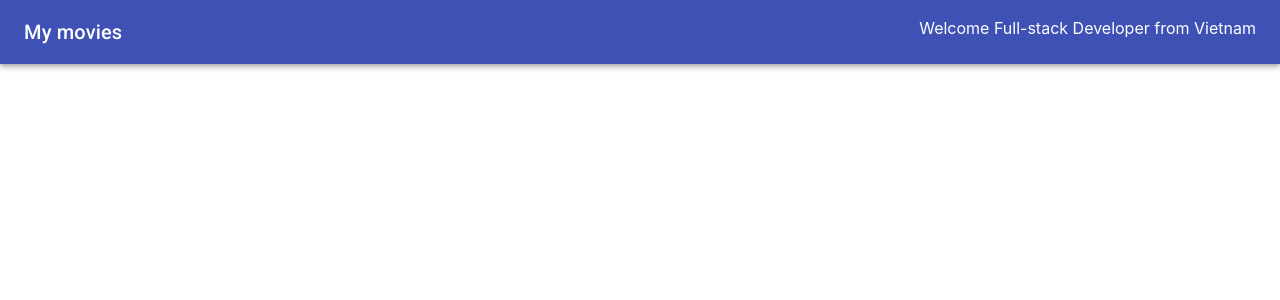
Repository: baodien1405/movie-app
Page: /
These files come from the project's save history. The page is drawn as it stood at one moment and after a run of saves; the edit follows.
The browser window is 1280 px wide. The pictures show the whole page.
The project was rebuilt for these pictures with package versions that can differ from the ones it lists, and the page was loaded fresh each time. Also part of the build but not shown: src/App.css.

Above is the page before, as saved 2021-06-01 18:18:05.

### src/App.tsx
import React from 'react';
import Navbar from './components/Navbar/Navbar.component';

import './App.css';

function App() {
  return (
    <div>
      <Navbar />
    </div>
  );
}

export default App;

### src/components/Navbar/Navbar.component.tsx
import React, {useState} from 'react';
import { AppBar, Box, Toolbar, Typography } from "@material-ui/core";
import WelcomeMessage from '../WelcomeMessage/WelcomeMessage.component';

function Navbar() {
  const [position, setPosition] = useState<string>("Full-stack Developer")
  return (
    <AppBar position="relative" color="primary">
      <Toolbar>
        <Box display="flex" justifyContent="space-between" alignItems="center" width={1} py={2}>
          <Typography variant="h6">My movies</Typography>

          <Box textAlign="center">
            <WelcomeMessage position={position} />
          </Box>
        </Box>
      </Toolbar>
    </AppBar>
  );
}

export default Navbar;

### src/components/WelcomeMessage/WelcomeMessage.component.tsx
import React from 'react';
import { Box } from "@material-ui/core";

interface WelcomeMessageProps {
  position: string,
  country?: string
}

function WelcomeMessage({position, country="Vietnam"}: WelcomeMessageProps) {
  return (
    <Box mb={1}>
      Welcome {position} from {country}
    </Box>
  );
}

export default WelcomeMessage;

Loaded but not shown: public/index.html (common file); src/index.tsx (common file); src/index.css (common file); src/reportWebVitals.ts (common file)

After the next 3 saves:
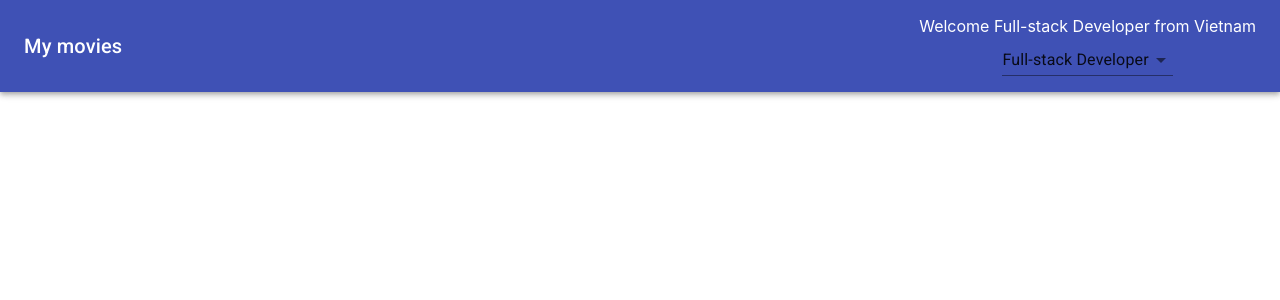
The 3 saves are shown as one change because 2 did not build or start.
The last was saved 8 min 12 s later.
--- a/src/components/Navbar/Navbar.component.tsx
+++ b/src/components/Navbar/Navbar.component.tsx
@@ -1,9 +1,15 @@
 import React, {useState} from 'react';
-import { AppBar, Box, Toolbar, Typography } from "@material-ui/core";
+import { AppBar, Box, FormControl, MenuItem, Select, Toolbar, Typography } from "@material-ui/core";
 import WelcomeMessage from '../WelcomeMessage/WelcomeMessage.component';
 
 function Navbar() {
   const [position, setPosition] = useState<string>("Full-stack Developer")
+
+  const onPositionChange = (
+    event: React.ChangeEvent<{
+    value: string
+}>) => setPosition(event.target.value)
+
   return (
     <AppBar position="relative" color="primary">
       <Toolbar>
@@ -12,6 +18,15 @@ function Navbar() {
 
           <Box textAlign="center">
             <WelcomeMessage position={position} />
+            <Box mt={1}>
+              <FormControl>
+                <Select value={position} onChange={onPositionChange}>
+                  <MenuItem value="Full-stack Developer">Full-stack Developer</MenuItem>
+                  <MenuItem value="Front-end Developer">Front-end Developer</MenuItem>
+                  <MenuItem value="Back-end Developer">Back-end Developer</MenuItem>
+                </Select>
+              </FormControl>
+            </Box>
           </Box>
         </Box>
       </Toolbar>
